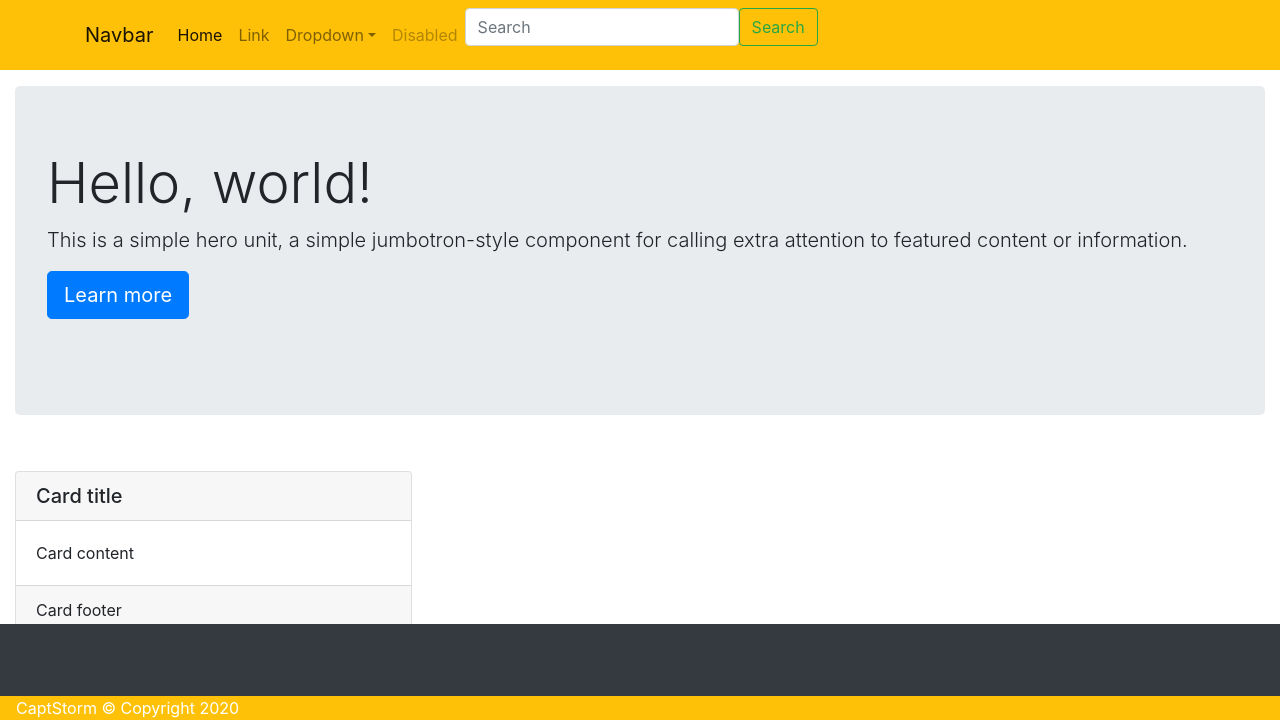
Repository: CaptainStorm21/complete-react16-bootstrap-passing-props
Page: /
The author's editor kept a copy of each file at every save. The page is drawn from the files as they stood at one save, then again after the next save.
The browser window is 1280 px wide. The pictures show the whole page.
The project was rebuilt for these pictures with package versions that can differ from the ones it lists, and the page was loaded fresh each time.

Above is the page before, as saved 2020-04-23 14:34:54.

### public/index.html
<!DOCTYPE html>
<html lang="en">
<head>
  <title>Bootstrap Example</title>
  <meta charset="utf-8">
  <meta name="viewport" content="width=device-width, initial-scale=1">
  <link rel="stylesheet" href="https://maxcdn.bootstrapcdn.com/bootstrap/4.4.1/css/bootstrap.min.css">
  <script src="https://ajax.googleapis.com/ajax/libs/jquery/3.4.1/jquery.min.js"></script>
  <script src="https://cdnjs.cloudflare.com/ajax/libs/popper.js/1.16.0/umd/popper.min.js"></script>
  <script src="https://maxcdn.bootstrapcdn.com/bootstrap/4.4.1/js/bootstrap.min.js"></script>
</head>
<body>
<div id="root"></div>

</body>
</html>

### src/index.js
import React from 'react';
import ReactDOM from 'react-dom';
import './style.css';
import App from './App';
import * as serviceWorker from './serviceWorker';


ReactDOM.render(
  <React.StrictMode>
    <App />
  </React.StrictMode>,
  document.getElementById('root')
);

// If you want your app to work offline and load faster, you can change
// unregister() to register() below. Note this comes with some pitfalls.
// Learn more about service workers: https://bit.ly/CRA-PWA
serviceWorker.unregister();

### src/style.css




body {
  margin: 0;
  font-family: -apple-system, BlinkMacSystemFont, 'Segoe UI', 'Roboto', 'Oxygen',
    'Ubuntu', 'Cantarell', 'Fira Sans', 'Droid Sans', 'Helvetica Neue',
    sans-serif;
  -webkit-font-smoothing: antialiased;
  -moz-osx-font-smoothing: grayscale;
}

.footer {
  position: absolute;
  bottom: 0;
  width: 100%;
  height: 60px; /* Set the fixed height of the footer here */
  line-height: 60px; /* Vertically center the text there */
  background-color: purple;
}

### src/App.js
import React from "react";
import Main from "./components/Main";
import ContanerCard from "./components/ContainerCard";

import Header from "./components/layout/Header";
import Footer from "./components/layout/Footer";

function App() {
  return (
    <div>
      <Header />
      <div classNameName="container-fluid">
        <div className="col-lg-12 py-3">
          <Main />
        </div>
        <div className="container-fluid">
          <div className="row">
            <ContanerCard />
          </div>
        </div>
        <Footer />
      </div>
    </div>
  );
}

export default App;

### src/components/Main.js
import React from "react";

function Main() {
  return (
    <div className="jumbotron">
      <h1 className="display-4">Hello, world!</h1>
      <p className="lead">
        This is a simple hero unit, a simple jumbotron-style component for
        calling extra attention to featured content or information.
        <p className = "py-3">
        <a className="btn btn-primary btn-lg" href="#" role="button">
          Learn more
        </a>
        </p>
      </p>
    </div>
  );
}

export default Main;

### src/components/ContainerCard.js
import React from "react";

function ContainerCard() {
  return (
    <div className="col-md-4 col-lg-4 py-2">
    <div className="card">
      <h5 className="card-header">Card title</h5>
      <div className="card-body">
        <p className="card-text">Card content</p>
      </div>
      <div className="card-footer">Card footer</div>
    </div>
    </div>
  );
}

export default ContainerCard;

### src/components/layout/Header.js
import React from "react";
import Navbar from "./Navbar";

function Header() {
  return (
    <nav className="navbar navbar-expand-lg navbar-light bg-warning">
              <Navbar />
    </nav>
  );
}

export default Header;

### src/components/layout/Footer.js
import React from "react";

function Footer() {
  return (
    <footer className="bg-dark py-5 fixed-bottom ">
      <div className="container"></div>
      <div className="container-fluid">
        <div className="row bg-info">
        <div className="bg-warning fixed-bottom">
          <span className="p-3 text-white">
            CaptStorm &copy; Copyright 2020
          </span>
        </div>        </div>
      </div>
    </footer>
  );
}

export default Footer;

### src/components/layout/Navbar.js
import React from "react";
import "./Nav.css";

function Navbar() {
  return (
    <div className="container">
          <a className="navbar-brand" href="/">
            Navbar
          </a>
          <button
            className="navbar-toggler"
            type="button"
            data-toggle="collapse"
            data-target="#navbarSupportedContent"
            aria-controls="navbarSupportedContent"
            aria-expanded="false"
            aria-label="Toggle navigation"
          >
            <span className="navbar-toggler-icon"></span>
          </button>

          <div className="collapse navbar-collapse" id="navbarSupportedContent">
            <ul className="navbar-nav mr-auto">
              <li className="nav-item active">
                <a className="nav-link" href="/">
                  Home <span className="sr-only">(current)</span>
                </a>
              </li>
              <li className="nav-item">
                <a className="nav-link" href="/">
                  Link
                </a>
              </li>
              <li className="nav-item dropdown">
                <a
                  className="nav-link dropdown-toggle"
                  href="/"
                  id="navbarDropdown"
                  role="button"
                  data-toggle="dropdown"
                  aria-haspopup="true"
                  aria-expanded="false"
                >
                  Dropdown
                </a>
                <div className="dropdown-menu" aria-labelledby="navbarDropdown">
                  <a className="dropdown-item" href="/">
                    Action
                  </a>
                  <a className="dropdown-item" href="/">
                    Another action
                  </a>
                  <div className="dropdown-divider"></div>
                  <a className="dropdown-item" href="/">
                    Something else here
                  </a>
                </div>
              </li>
              <li className="nav-item">
                <a className="nav-link disabled" href="/">
                  Disabled
                </a>
              </li>
            </ul>
          </div>
          <div className="input-group mb-3">
            <div className="input-group-append ">
              <form className="form-inline ">
                <input
                  className="form-control "
                  type="search"
                  placeholder="Search"
                  aria-label="Search"
                />
                <button className="btn btn-outline-success" type="submit">
                  Search
                </button>
              </form>
            </div>
          </div>
        </div>

  );
}

export default Navbar;

### src/components/layout/Nav.css
@media (min-width: 768px) {
    .navbar-nav {
      width: 100%;
      text-align: center;
    }
    .navbar-nav > li {
      float: none;
      display: inline-block;
    }
    .navbar-nav > li.navbar-right {
      float: right !important;
    }
  }

Loaded but not shown: src/serviceWorker.js (common file)

After the next save:
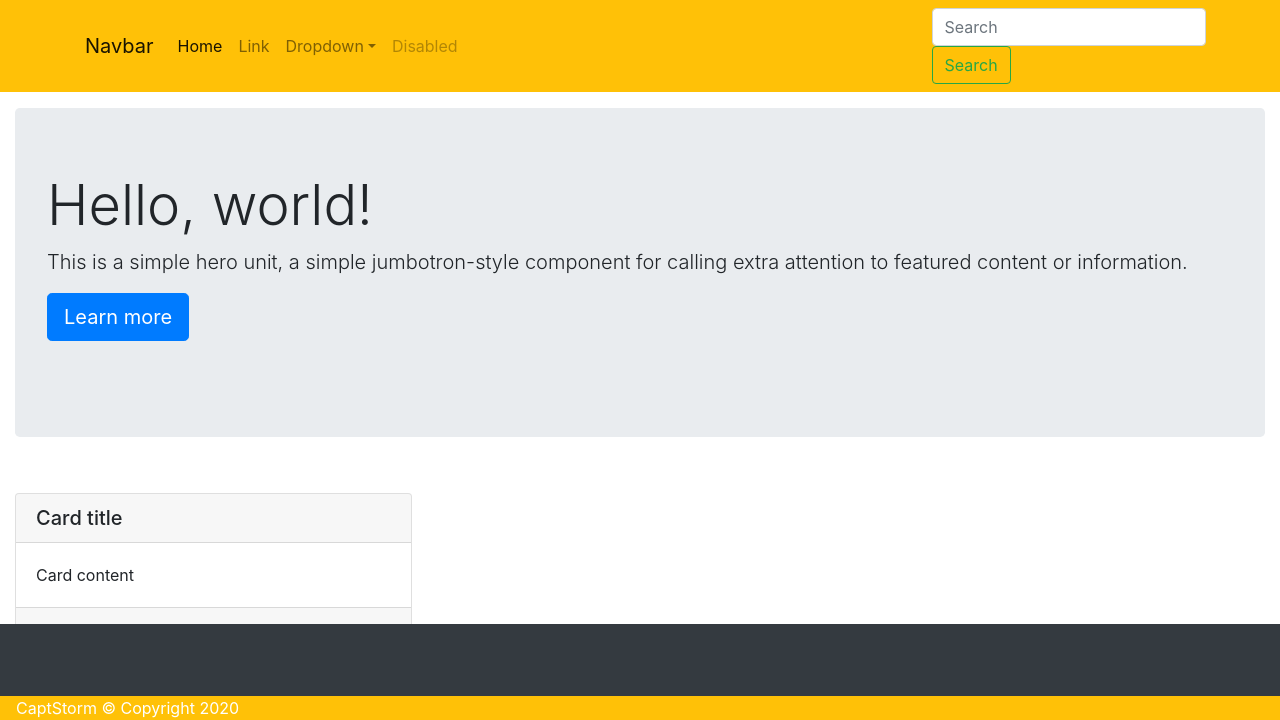
Saved 17 s later.
--- a/src/components/layout/Navbar.js
+++ b/src/components/layout/Navbar.js
@@ -63,7 +63,7 @@ function Navbar() {
               </li>
             </ul>
           </div>
-          <div className="input-group mb-3">
+          <div className="input-group col-3">
             <div className="input-group-append ">
               <form className="form-inline ">
                 <input
